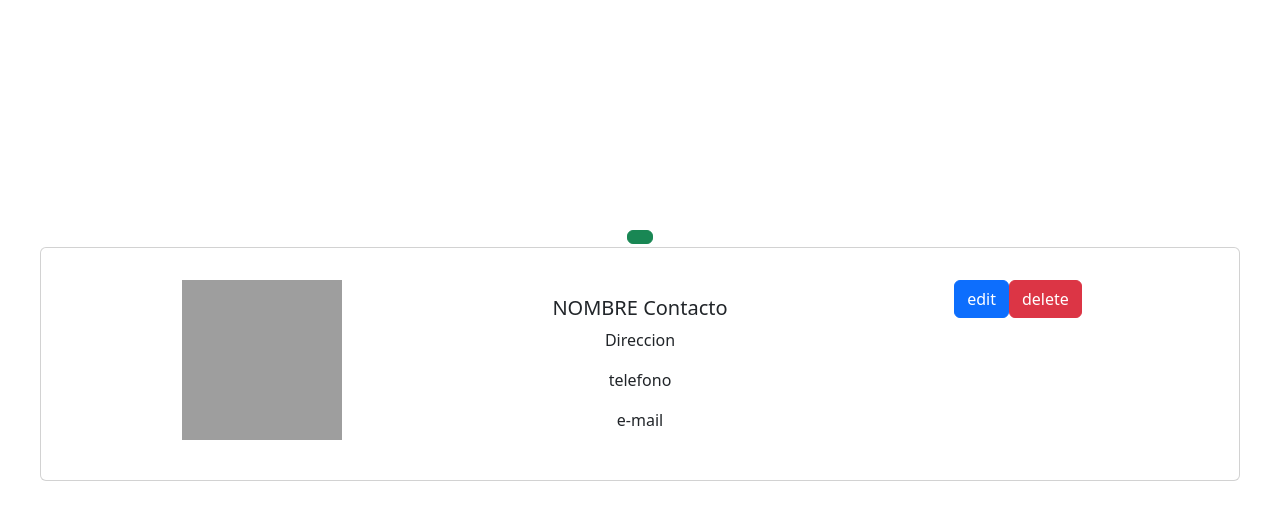
Repository: Cyttariasp/react-router-contact-list
Page: / (app in contact-list/)
These files come from the project's save history. The page is drawn as it stood at one moment and after the next save; the edit follows.
The browser window is 1280 px wide. The pictures show the whole page.
Pictures or frames that could not be fetched are drawn as grey boxes. The project was rebuilt for these pictures with package versions that can differ from the ones it lists, and the page was loaded fresh each time. Also part of the build but not shown: contact-list/vite.config.js, contact-list/src/views/Contact.jsx, contact-list/src/views/Add.jsx.

Above is the page before, as saved 2025-07-21 11:07:26.

### contact-list/src/App.jsx
// import { useState } from "react";
import "./App.css";
import { BrowserRouter, Routes, Route } from "react-router-dom";
import Home from "./views/Home";
import Edit from "./views/Edit";
import Contact from "./views/Contact";
import Add from "./views/Add";
import "bootstrap/dist/css/bootstrap.min.css";

function App() {
  return (
    <>
      <BrowserRouter>
        <Routes>
          <Route exact path="/" element={<Home />} />
          <Route path="/edit" element={<Edit />} />
          <Route path="/contact" element={<Contact />} />
          <Route path="/add" element={<Add />} />
        </Routes>
      </BrowserRouter>
    </>
  );
}

export default App;

### contact-list/src/views/Home.jsx
function Home() {
  return (
    <div>
      <div>
        <button className="btn btn-success" />
      </div>
      <div className="card mb-3" style={{ width: "75rem" }}>
        <div className="row g-0">
          <div className="col-md-4">
            <img
              src="https://images.pexels.com/photos/32935737/pexels-photo-32935737.jpeg"
              classNameName="d-flex card-img-left rounded-circle"
              style={{ width: "10rem", height: "10rem" }}
            />
          </div>
          <div className="col-md-4">
            <div className="card-body">
              <h5 className="card-title">NOMBRE Contacto</h5>
              <p className="card-text">Direccion</p>
              <p className="card-text">telefono</p>
              <p className="card-text">e-mail</p>
            </div>
          </div>
          <div className="col-md-4">
            <button className="btn btn-primary">edit</button>
            <button className="btn btn-danger">delete</button>
          </div>
        </div>
      </div>
    </div>
  );
}

export default Home;

### contact-list/src/views/Edit.jsx
function Edit() {}

export default Edit;

Loaded but not shown: contact-list/index.html (common file); contact-list/src/main.jsx (common file); contact-list/src/index.css (common file); contact-list/src/App.css (common file)

After the next save:
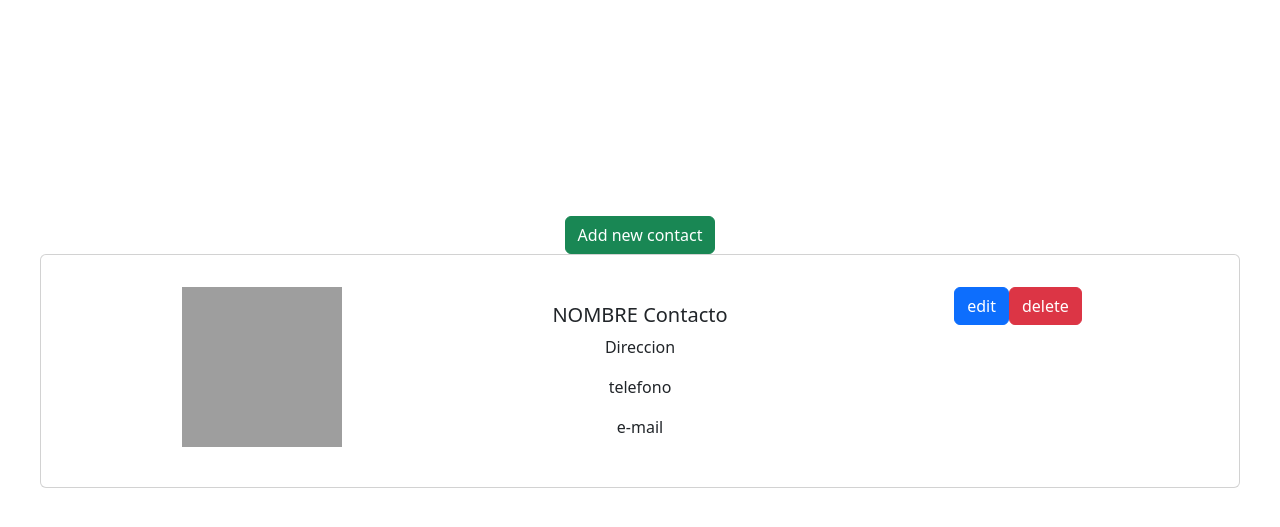
Saved 20 s later.
--- a/contact-list/src/views/Home.jsx
+++ b/contact-list/src/views/Home.jsx
@@ -2,7 +2,7 @@ function Home() {
   return (
     <div>
       <div>
-        <button className="btn btn-success" />
+        <button className="btn btn-success"> Add new contact</button>
       </div>
       <div className="card mb-3" style={{ width: "75rem" }}>
         <div className="row g-0">
